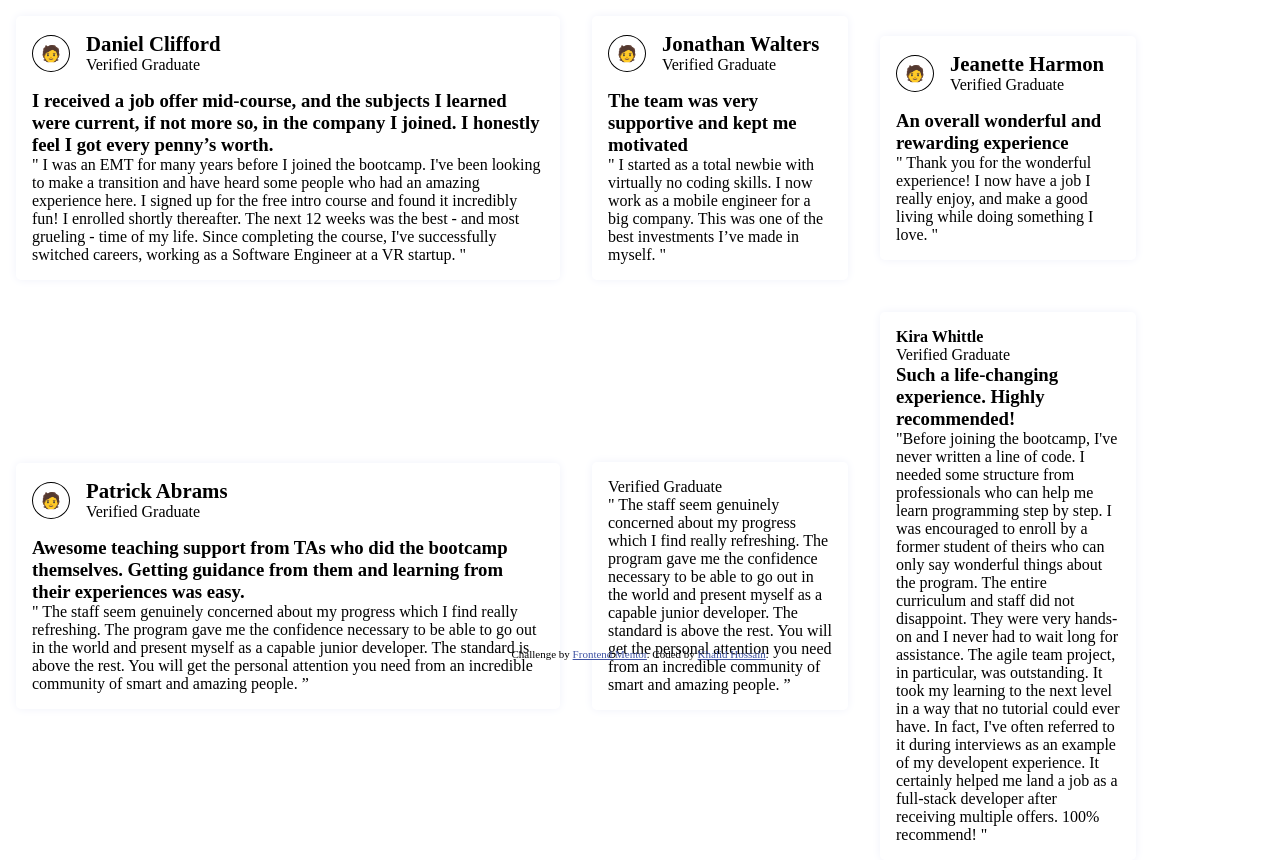
Repository: badhon252/Testimonials-Grid-Section
Page: index.html
These files come from the project's save history. The page is drawn as it stood at one moment and after the next save; the edit follows.
The browser window is 1280 px wide. The pictures show the whole page.

Above is the page before, as saved 2023-02-18 16:02:22.

After the next save:
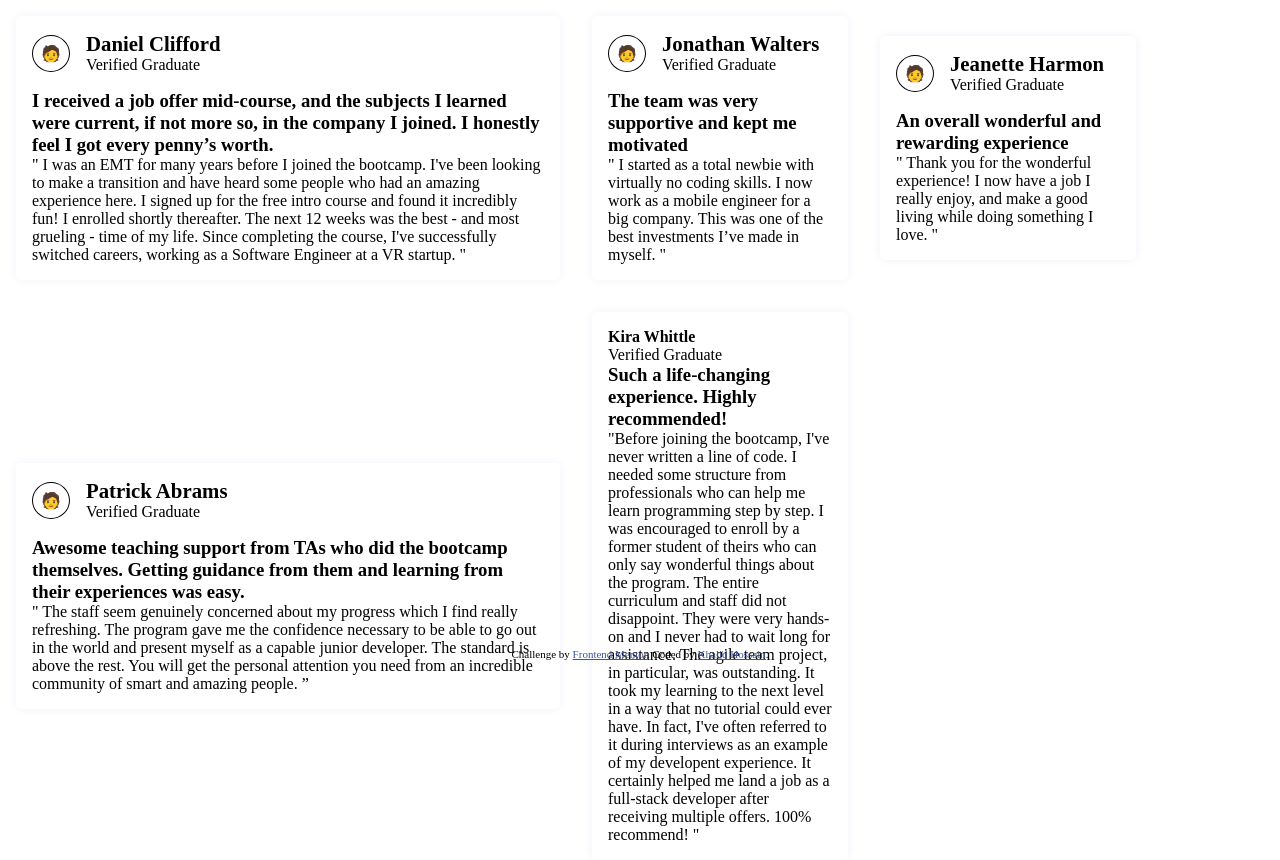
Saved 23 s later.
--- a/index.html
+++ b/index.html
@@ -72,16 +72,6 @@
         </div>
 
 
-
-
-        <div class="box box4">
-            <h4></h4>
-            <p>Verified Graduate</p>
-            <p>" The staff seem genuinely concerned about my progress which I find really refreshing. The program gave me the confidence necessary to be able to go out in the world and present myself as a capable junior developer. The standard is above the
-                rest. You will get the personal attention you need from an incredible community of smart and amazing people. ”
-            </p>
-
-        </div>
         <div class="box box5">
             <h4>Kira Whittle</h4>
             <p>Verified Graduate</p>
